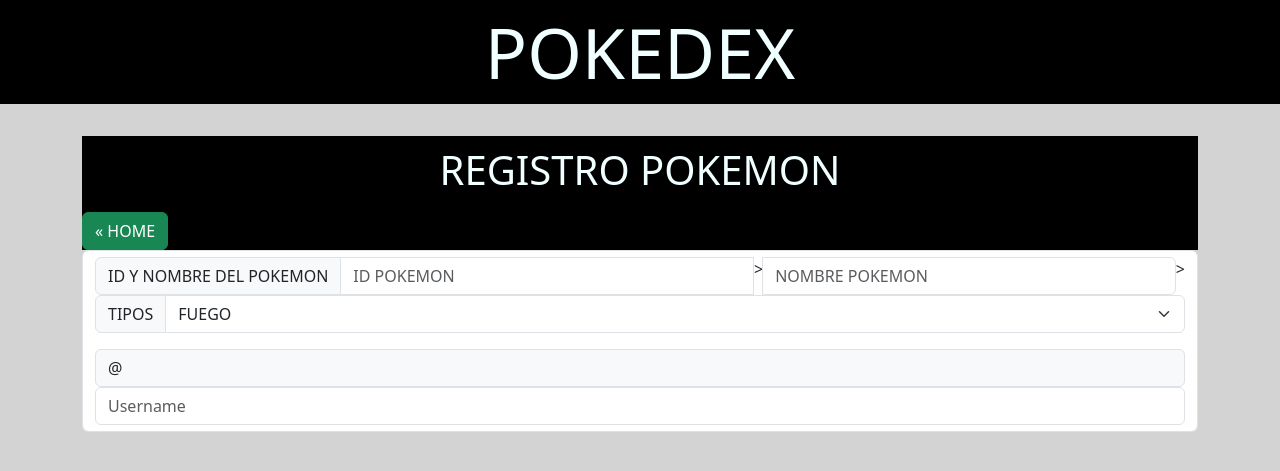
Repository: Edi521/Paginas-web-con-thymeleaf
Page: http://localhost/registro
The author's editor kept a copy of each file at every save. The page is drawn from the files as they stood at one save, then again after the next save.
The browser window is 1280 px wide. The pictures show the whole page.
The page is this project's Thymeleaf template; nobody is signed in. The template is opened directly, without the code that normally fills it, so the values that code supplies are empty.

Above is the page before, as saved 2024-11-27 00:23:06.

After the next save:
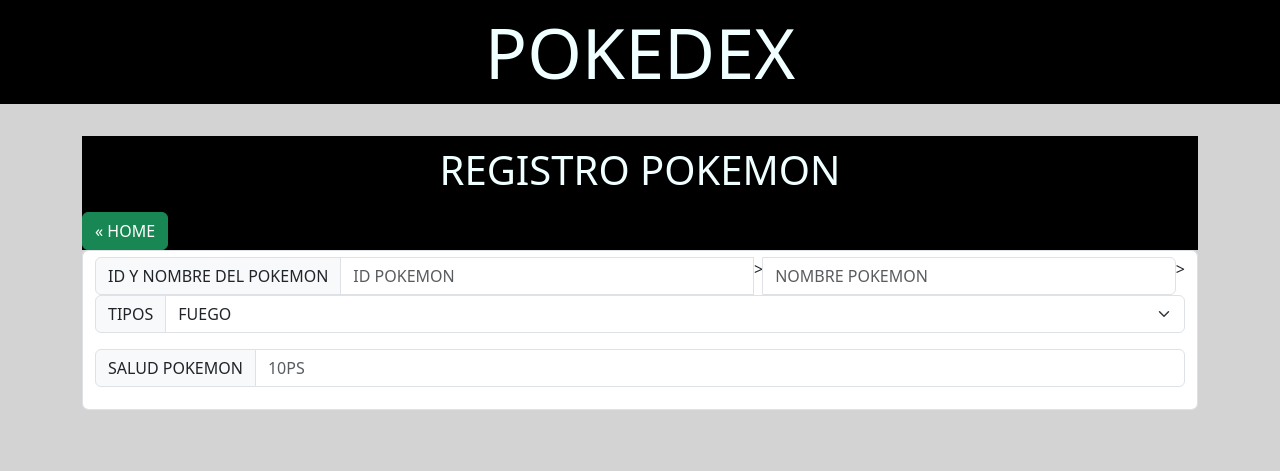
Saved 80 s later.
--- a/Pokedex/src/main/resources/templates/registro.html
+++ b/Pokedex/src/main/resources/templates/registro.html
@@ -42,8 +42,10 @@
 					  </select>
 					</div>
 
-					<span class="input-group-text" id="basic-addon1">@</span>
-					 <input type="text" class="form-control" placeholder="Username" aria-label="Username" aria-describedby="basic-addon1">
+					<div class="input-group mb-3">
+					  <span class="input-group-text" id="basic-addon1">SALUD POKEMON</span>
+					  <input type="number" class="form-control" placeholder="10PS" name="salud" required>
+					</div>
 
 				</form>
 			</div>
